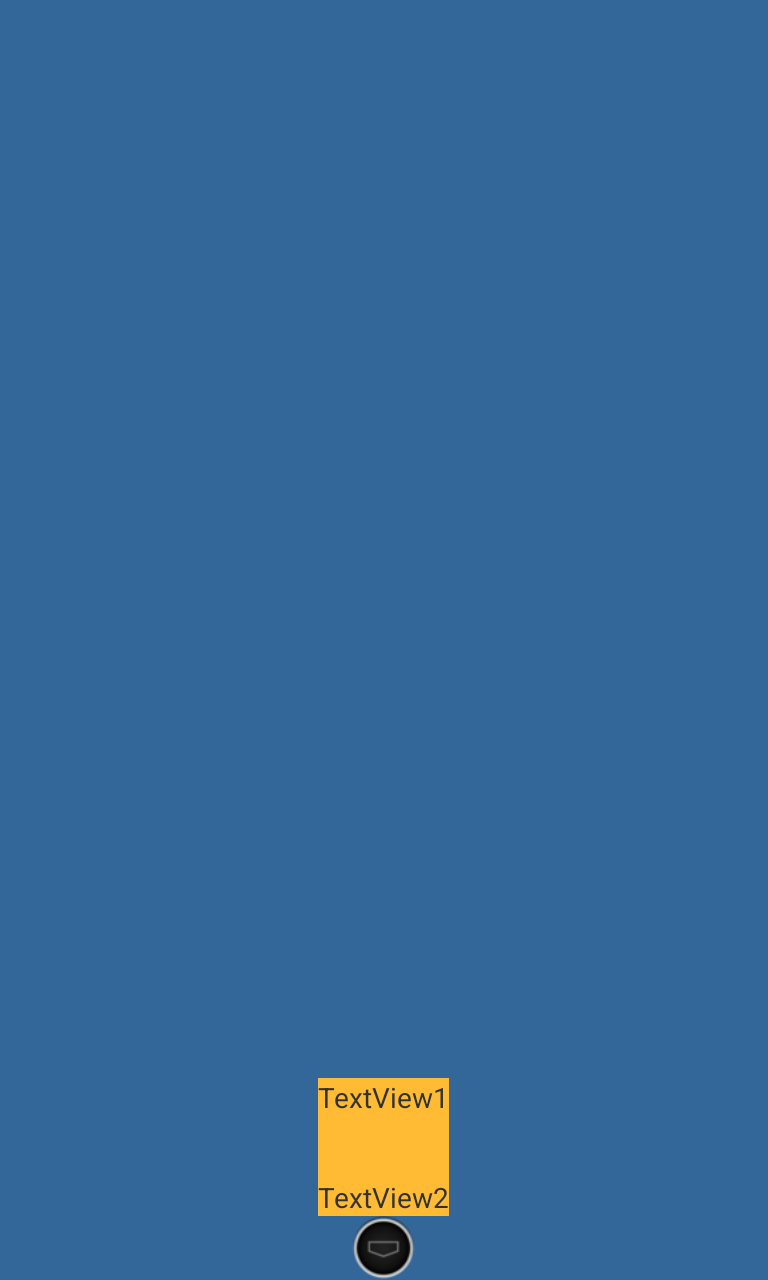
Repository: complexityclass/GosClient
Layout: Client/res/layout/activity_service.xml
The author's editor kept a copy of each file at every save. The layout is drawn from the files as they stood at one save, then again after the next save.
It is drawn on a 768 x 1280 px phone screen (xhdpi) without system bars, with theme AppTheme; the app's code is not run. Lists and similar views that code fills are empty.

Above is the layout before, as saved 2013-04-19 13:38:43.

After the next save:
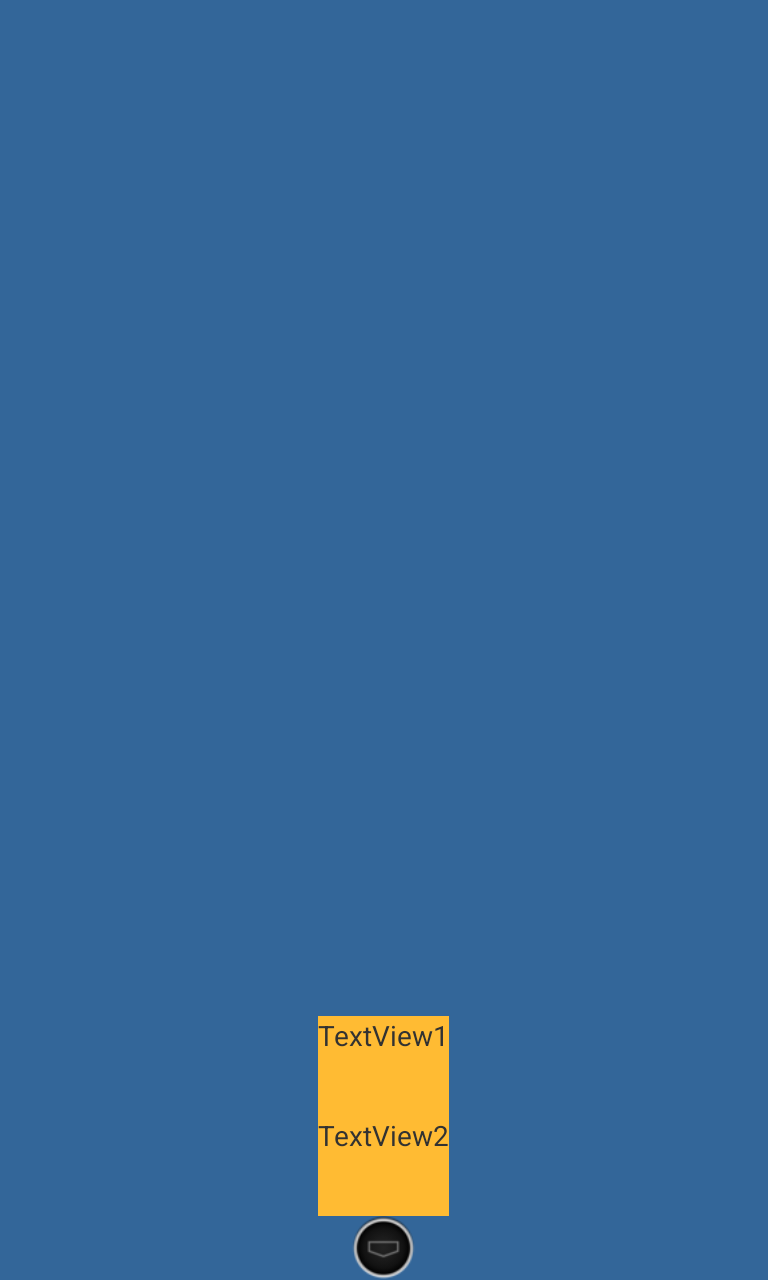
Saved 9 s later.
--- a/Client/res/layout/activity_service.xml
+++ b/Client/res/layout/activity_service.xml
@@ -43,7 +43,7 @@
             <TextView
                 android:id="@+id/textView2"
                 android:layout_width="wrap_content"
-                android:layout_height="fill_parent"
+                android:layout_height="50dp"
                 android:background="@android:color/holo_orange_light"
                 android:text="TextView2" />
 
